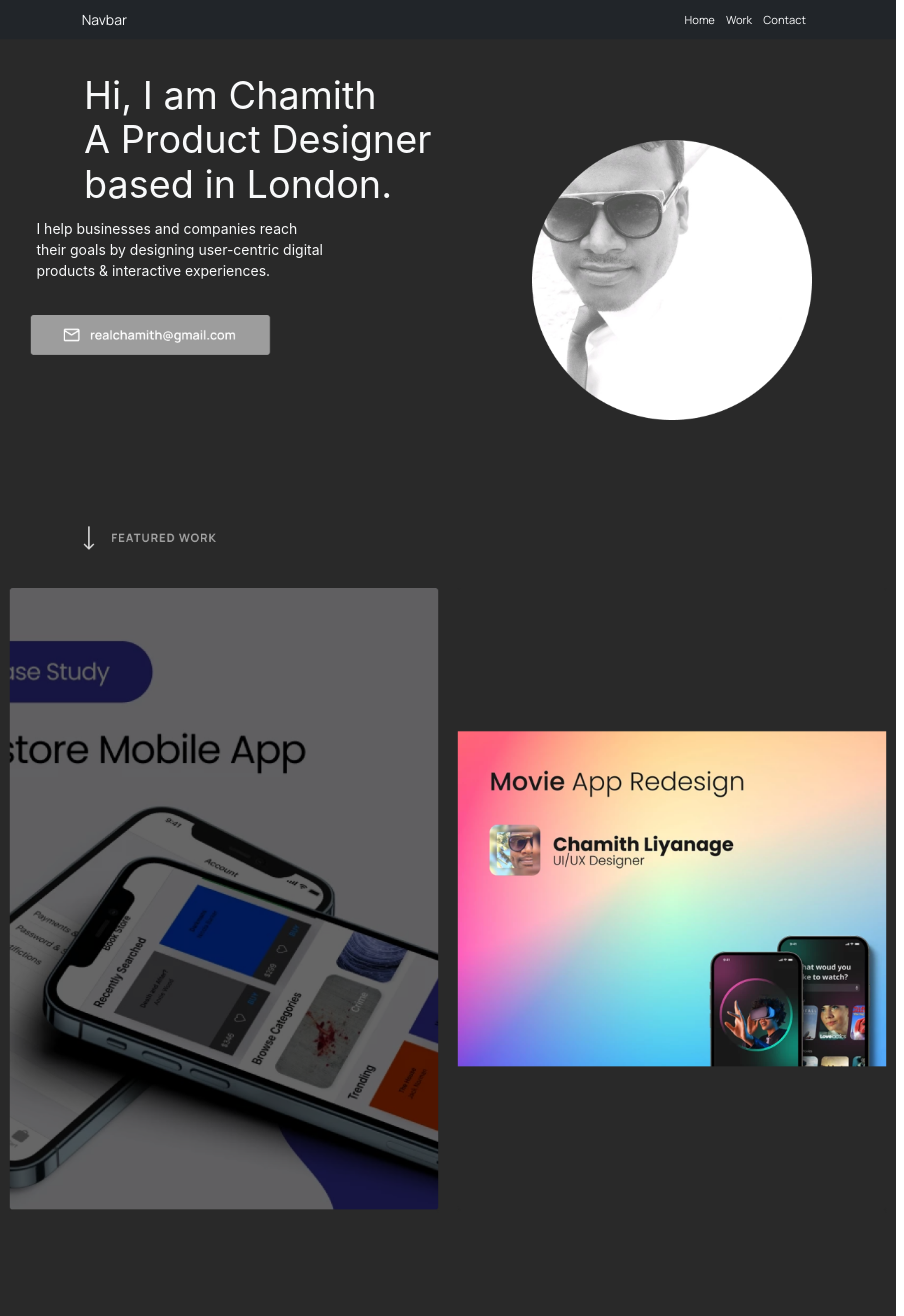
Repository: Realchamithweb/chamith-html
Page: index.html
An editor plug-in stored every save of this project. The page is shown before and after the next save, followed by the edit.
The browser window is 1280 px wide. The page is 1292 px wide, so the pictures cover 1292 px, including what lies to the right of the window. The pictures show the part of the page from y = 0 to 1880 px (the page is 4225 px tall), at 70% of full size.

Above is the page before, as saved 2023-01-04 16:25:19.

After the next save:
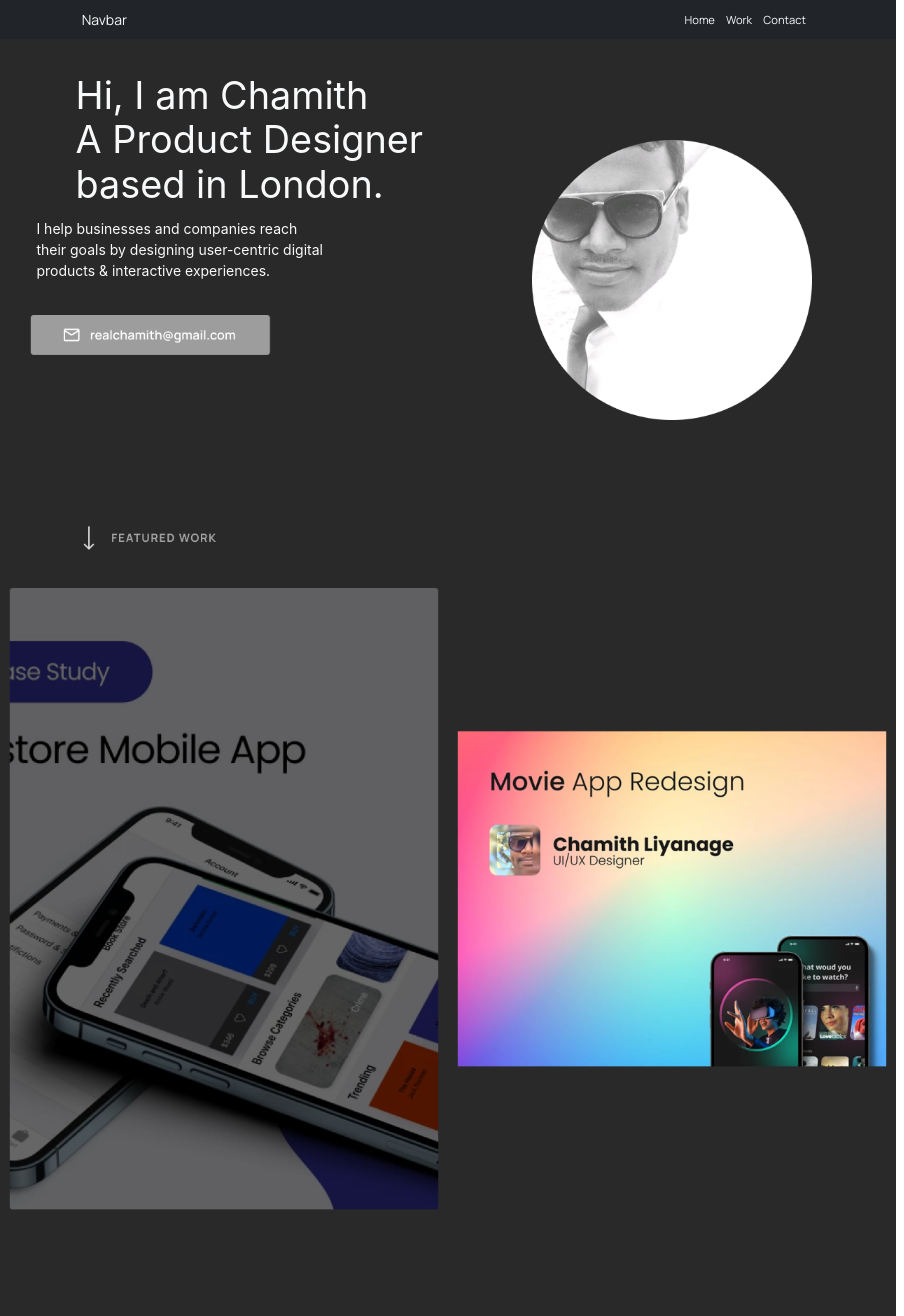
Saved 64 s later.
--- a/css/style.css
+++ b/css/style.css
@@ -14,7 +14,7 @@
     font-weight: 400;
     font-size: 54px;
     line-height: 64px;
-    margin-left: 2em;
+    margin-left: 96px;
 }
 
 .hero-text{
